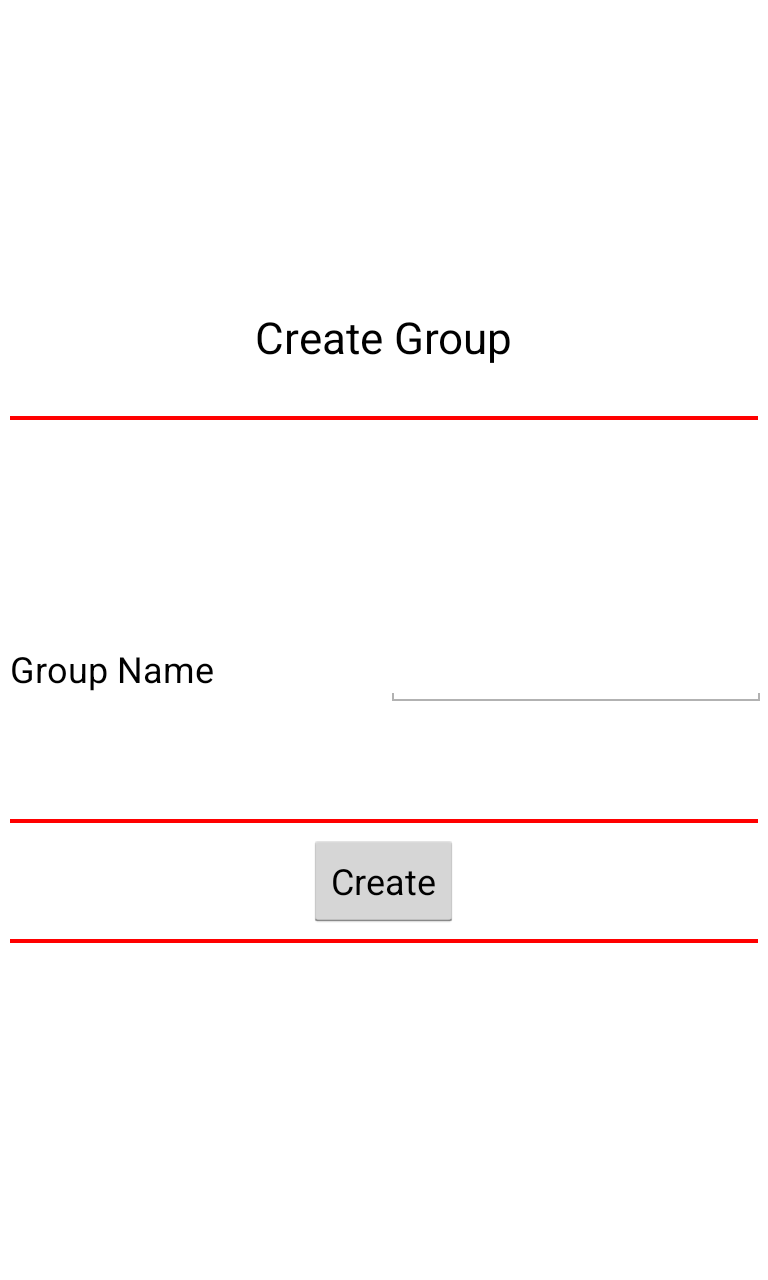
Repository: mansee8/Emergency-Service-Information-Provider
Layout: Emergency Service Information Provider/ESIP/ESIP/res/layout/create_group.xml
An editor plug-in stored every save of this project. The layout is shown before and after the next save, followed by the edit.
It is drawn on a 768 x 1280 px phone screen (xhdpi) without system bars, with theme AppTheme; the app's code is not run.

Above is the layout before, as saved 2014-02-27 07:57:12.

### Emergency Service Information Provider/ESIP/ESIP/res/layout/create_group.xml
<?xml version="1.0" encoding="utf-8"?>
<LinearLayout xmlns:android="http://schemas.android.com/apk/res/android"
    android:layout_width="fill_parent"
    android:layout_height="fill_parent"
    android:gravity="center"
    android:orientation="vertical" >

    <TextView
        android:layout_width="wrap_content"
        android:layout_height="wrap_content"
        android:layout_margin="20dp"
        android:text="Create Group"
        android:textAppearance="?android:attr/textAppearanceLarge" />

    <View
        android:layout_width="fill_parent"
        android:layout_height="2dp"
        android:layout_margin="5dp"
        android:background="#ff0000" />

    <LinearLayout
        android:layout_width="fill_parent"
        android:layout_height="wrap_content"
        android:layout_marginTop="100dp"
        android:layout_marginBottom="50dp"
        android:orientation="horizontal" >

        <TextView
            android:layout_width="fill_parent"
            android:layout_height="wrap_content"
            android:layout_marginLeft="5dp"
            android:layout_weight="1"
            android:text="Group Name"
            android:textAppearance="?android:attr/textAppearanceMedium" />

        <EditText
            android:id="@+id/GroupNameView"
            android:layout_width="fill_parent"
            android:layout_height="wrap_content"
            android:layout_weight="1" />
    </LinearLayout>

    <View
        android:layout_width="fill_parent"
        android:layout_height="2dp"
        android:layout_margin="5dp"
        android:background="#ff0000" />

    <Button
        android:id="@+id/btnCreate"
        android:layout_width="wrap_content"
        android:layout_height="wrap_content"
        android:text="Create" />

    <View
        android:layout_width="fill_parent"
        android:layout_height="2dp"
        android:layout_margin="5dp"
        android:background="#ff0000" />

    <TextView
        android:id="@+id/avail_result"
        android:layout_width="wrap_content"
        android:layout_height="wrap_content"
        android:textAppearance="?android:attr/textAppearanceLarge" />

</LinearLayout>

Loaded but not shown: Emergency Service Information Provider/ESIP/ESIP/res/values/styles.xml (common file); Emergency Service Information Provider/ESIP/ESIP/res/values-v11/styles.xml (common file); Emergency Service Information Provider/ESIP/ESIP/res/values-v14/styles.xml (common file)

After the next save:
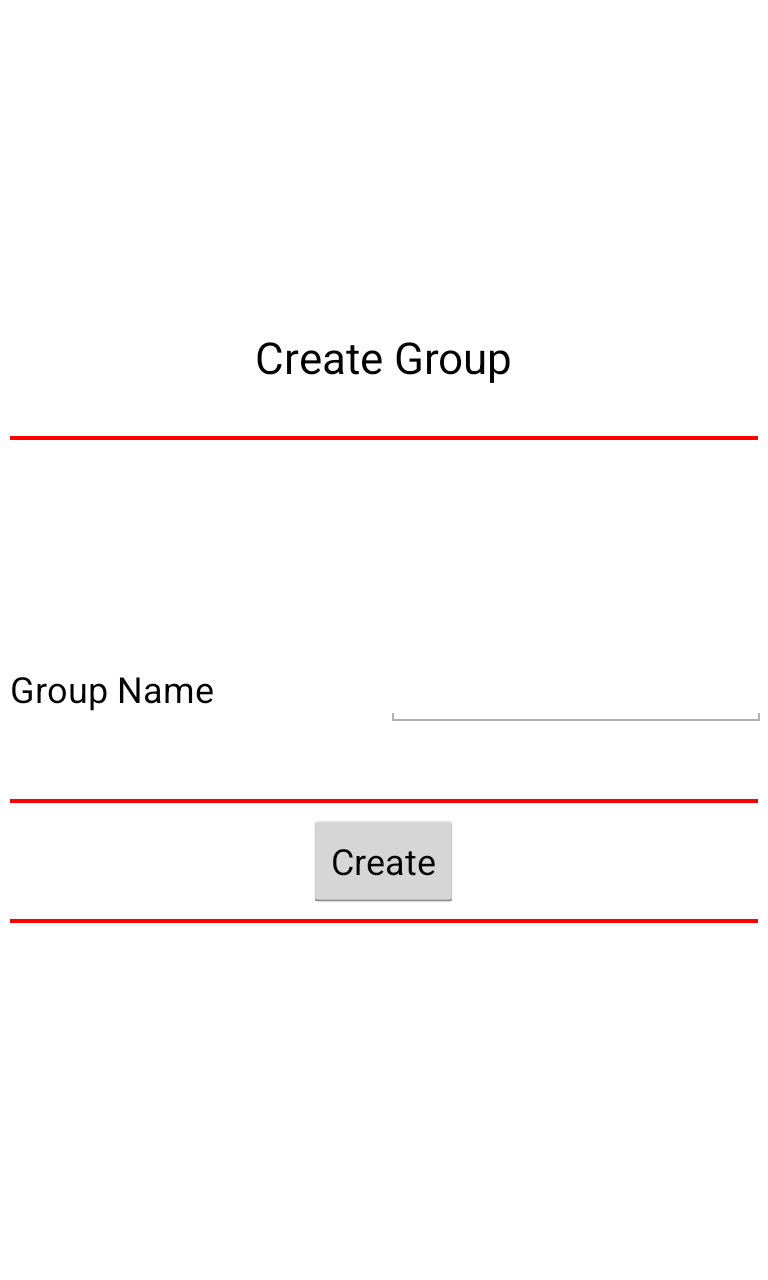
Saved 8 s later.
--- a/Emergency Service Information Provider/ESIP/ESIP/res/layout/create_group.xml
+++ b/Emergency Service Information Provider/ESIP/ESIP/res/layout/create_group.xml
@@ -22,7 +22,7 @@
         android:layout_width="fill_parent"
         android:layout_height="wrap_content"
         android:layout_marginTop="100dp"
-        android:layout_marginBottom="50dp"
+        android:layout_marginBottom="30dp"
         android:orientation="horizontal" >
 
         <TextView
